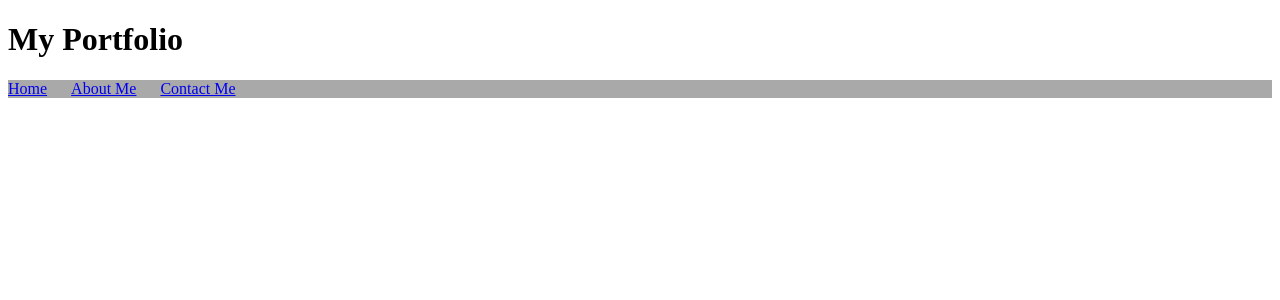
Repository: harshitanthal1/my_portfolio
Page: index.html
An editor plug-in stored every save of this project. The page is shown before and after the next save, followed by the edit.
The browser window is 1280 px wide. The pictures show the whole page.

Above is the page before, as saved 2024-02-02 12:45:47.

After the next save:
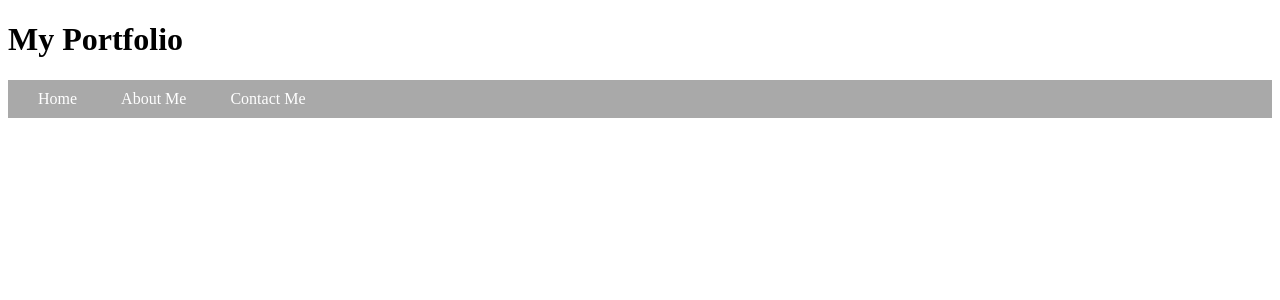
Saved 16 s later.
--- a/styles/styles.css
+++ b/styles/styles.css
@@ -1,9 +1,16 @@
 nav {
     background-color: darkgrey;
     color: white;
+    padding: 10px;
 }
 
 li {
     display: inline;
     margin-right: 20px;
+    margin-left: 20px;
 }
+
+a {
+    text-decoration: none;
+    color: white;
+}
